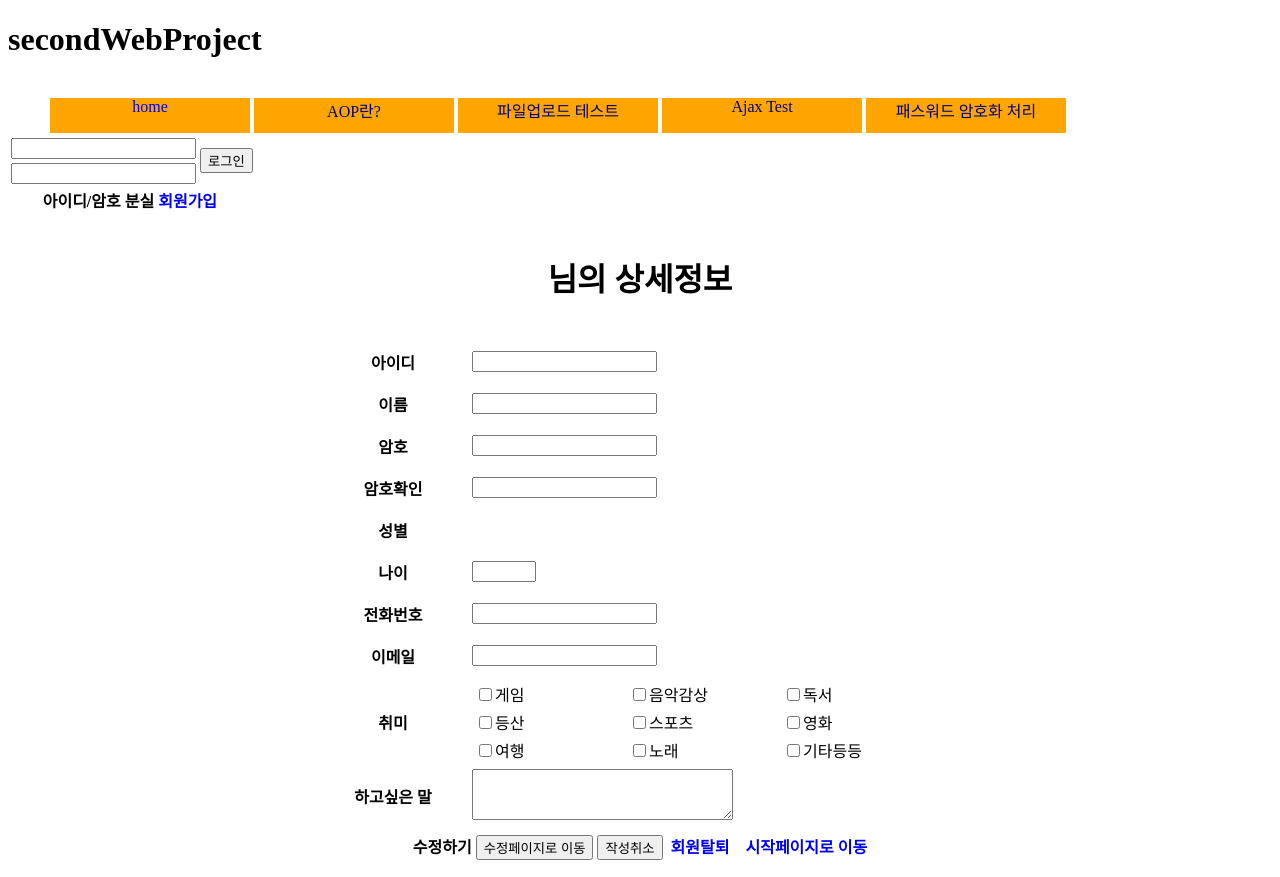
Repository: jeongdoc/KH.S-Class
Page: http://localhost/first/WEB-INF/views/member/memberDetailView.jsp
An editor plug-in stored every save of this project. The page is shown before and after the next save, followed by the edit.
The browser window is 1280 px wide. The pictures show the whole page.
The page is served by Tomcat 9. Nobody is signed in. Other server files are loaded and not shown. The template is opened directly, without the code that normally fills it, so the values that code supplies are empty.

Above is the page before, as saved 2019-04-18 11:20:52.

### framework_space/first/src/main/webapp/WEB-INF/views/member/memberDetailView.jsp
<%@ page language="java" contentType="text/html; charset=UTF-8" pageEncoding="UTF-8" errorPage="../common/error.jsp"%>
<%@ taglib prefix='c' uri='http://java.sun.com/jsp/jstl/core' %>
<%
	/* Member loginUser = (Member)session.getAttribute("loginUser");
	Member member = (Member)request.getAttribute("member"); */
	//취미 checked처리
	/* String []hobbies = member.getHobby().split(",");
	String []checked = new String[9];
	for(String s : hobbies) {
		switch(s) {
		case "game" : checked[0] = "checked"; break;
		case "music" : checked[1] = "checked"; break;
		case "reading" : checked[2] = "checked"; break;
		case "climb" : checked[3] = "checked"; break;
		case "sport" : checked[4] = "checked"; break;
		case "movie" : checked[5] = "checked"; break;
		case "travle" : checked[6] = "checked"; break;
		case "sing" : checked[7] = "checked"; break;
		case "aso" : checked[8] = "checked"; break;

		}
	} */
%>
<!DOCTYPE html>
<html>
<head>
<meta charset="UTF-8">
<title>Insert title here</title>
<script type="text/javascript" src="../../resources/js/jquery-3.3.1.min.js"></script>
<script type="text/javascript">
$(function() {
	//암호 확인입력상자의 focus가 사라졌을 때
	$('#userpwd2').blur(function() {
		console.log('포커스사라짐');
		var pwd1=$('#userpwd1').val();
		var pwd2=$('#userpwd2').val();

		if(pwd1!=pwd2) {
			alert('암호가 일치하지 않습니다.\n'+'다시 입력하세요');
			$('#userpwd1').select();
		}
	});
});
function moveUpdatePage() {
	location.href='mupview.do?userid=${ member.userid }';
}
</script>
</head>
<body>
<h1>secondWebProject</h1>
<%-- <c:if test='${ not empty sessionScope.loginUser and sessionScope.loginUser eq "admin" }'>
	<%@ include file="../common/adminHeader.jsp" %>
</c:if>
<c:if test='${ empty sessionScope.loginUser or sessionScope.loginUser ne "admin" }'>
	<%@ include file="../common/header.jsp" %>
</c:if> --%>
<c:if test='${ not empty sessionScope.loginMember and sessionScope.loginMember.userid eq "admin" }'>
	<c:import url='../common/header.jsp'/>
</c:if>
<c:if test='${ empty sessionScope.loginMember or sessionScope.loginMember.userid ne "admin" }'>
	<c:import url='../common/header.jsp'/>
</c:if>
<br>
<h1 align="center">${ member.username }님의 상세정보</h1>
<br>
<form action="myinfo.do" method="post">
<table width="650" align="center">
	<tr height="40">
		<th width="150">아이디</th>
		<td><input type="text" name="userid" id="userid" readonly value="${ member.userid }"/>
		&nbsp; </td>
	</tr>
	<tr height="40">
		<th width="150">이름</th>
		<td><input type="text" name="username" readonly value="${ member.username }"/></td>
	</tr>
	<tr height="40">
		<th width="150">암호</th>
		<td><input type="password" name="userpwd" id="userpwd1" value="${ member.userpwd }"/></td>
	</tr>
	<tr height="40">
		<th width="150">암호확인</th>
		<td><input type="password" id="userpwd2" value="${ member.userpwd }"/></td>
	</tr>
	<tr height="40">
		<th width="150">성별</th>
		<td>
		<c:if test='${ requestScope.member.gender eq "M" }'>
			<input type="radio" name="gender" value="M" checked/>남자 &nbsp;
			<input type="radio" name='gender' value='F'/>여자
		</c:if>
		<c:if test='${ requestScope.member.gender eq "F" }'>
			<input type="radio" name="gender" value="M"/>남자 &nbsp;
			<input type="radio" name='gender' value='F' checked/>여자
		</c:if>
		</td>
	</tr>
	<tr height="40">
		<th width="150">나이</th>
		<td><input type="number" name='age' min='19' max='100' value="${ member.age }"/></td>
	</tr>
	<tr height="40">
		<th width="150">전화번호</th>
		<td><input type='tel' name='phone' value="${ member.phone }"/></td>
	</tr>
	<tr height="40">
		<th width="150">이메일</th>
		<td><input type='email' name='email' value="${ member.email }"/></td>
	</tr>
	<tr height="40">
		<th width="150">취미</th>
		<td>
		<c:forTokens items='${ member.hobby }' delims=',' var='hd'>
			<c:if test='${ hd eq "game" }'>
				<c:set var='checked0' value='checked'/>
			</c:if>
			<c:if test='${ hd eq "music" }'>
				<c:set var='checked1' value='checked'/>
			</c:if>
			<c:if test='${ hd eq "reading" }'>
				<c:set var='checked2' value='checked'/>
			</c:if>
			<c:if test='${ hd eq "climb" }'>
				<c:set var='checked3' value='checked'/>
			</c:if>
			<c:if test='${ hd eq "sport" }'>
				<c:set var='checked4' value='checked'/>
			</c:if>
			<c:if test='${ hd eq "movie" }'>
				<c:set var='checked5' value='checked'/>
			</c:if>
			<c:if test='${ hd eq "travle" }'>
				<c:set var='checked6' value='checked'/>
			</c:if>
			<c:if test='${ hd eq "sing" }'>
				<c:set var='checked7' value='checked'/>
			</c:if>
			<c:if test='${ hd eq "aso" }'>
				<c:set var='checked8' value='checked'/>
			</c:if>
		</c:forTokens>
		<table>
			<tr>
				<td width='150'><input type='checkbox' name='hobby' value='game' ${ checked0 }/>게임</td>
				<td width='150'><input type='checkbox' name='hobby' value='music' ${ checked1 }/>음악감상</td>
				<td width='150'><input type='checkbox' name='hobby' value='reading' ${ checked2 }/>독서</td>
			</tr>
			<tr>
				<td width='150'><input type='checkbox' name='hobby' value='climb' ${ checked3 }/>등산</td>
				<td width='150'><input type='checkbox' name='hobby' value='sport' ${ checked4 }/>스포츠</td>
				<td width='150'><input type='checkbox' name='hobby' value='movie' ${ checked5 }/>영화</td>
			</tr>
			<tr>
				<td width='150'><input type='checkbox' name='hobby' value='travle' ${ checked6 }/>여행</td>
				<td width='150'><input type='checkbox' name='hobby' value='sing' ${ checked7 }/>노래</td>
				<td width='150'><input type='checkbox' name='hobby' value='aso' ${ checked8 }/>기타등등</td>
			</tr>
		</table>
		</td>
	</tr>
	<tr height="40">
		<th width="150">하고싶은 말</th>
		<td><textarea name='etc' rows='3' cols='30'>${ member.etc }</textarea></td>
	</tr>
	<c:url var='mdel' value='mdel.do'>
		<c:param name='userid' value='${ member.userid }'/>
	</c:url>
	<c:url var='main' value='/index.jsp'></c:url>
	<tr height="40">
		<th colspan="2">수정하기
		<!-- <input type="submit" value="수정하기"/>&nbsp; -->
		<button onclick='moveUpdatePage();'>수정페이지로 이동</button>
		<input type="reset" value="작성취소"/>&nbsp;
		<a href="${ mdel }">회원탈퇴</a>
		&nbsp;&nbsp;
		<a href="${ main }">시작페이지로 이동</a>
		</th>
	</tr>
	</table>
</form>

</body>
</html>

### framework_space/first/src/main/webapp/WEB-INF/views/common/header.jsp
<%@ page language="java" contentType="text/html; charset=UTF-8"
    pageEncoding="UTF-8" %>
<%@ taglib uri='http://java.sun.com/jsp/jstl/core' prefix='c' %>
<!DOCTYPE html>
<html>
<head>
<meta charset="UTF-8">
<title>first</title>
<style type="text/css">
	nav {
		float: left
	}
	nav ul li {
		float: left;
		display: block;
		width: 200px;
		height: 35px;
		background: orange;
		color: navy;
		margin: 2px;
		text-align: center;
	}
	a {
		text-decoration: none;
	}
	#afterLogin {

	}
</style>
</head>
<body>
<header>
	<nav>
		<ul>
		<li><a href='main.do'>home</a></li>
		<li><a>AOP란?</a></li>
		<li><a>파일업로드 테스트</a></li>
		<li><a>Ajax Test</a></li>
		<li><a>패스워드 암호화 처리</a></li>
		</ul>
	</nav>
	<c:if test='${ empty loginMember }'>
	<form action='login.do' method='post'>
	<!-- input tag의 name속성에 이름은 반드시 vo 클래스의 필드명과 똑같이 작성해야함,
		 즉 db table의 column이름과 똑같게 지으면 된다는 의미. -->
		<table id='loginfrm'>
			<tr>
				<th><input type='text' name='userid'/></th>
				<th rowspan='2'><input type='submit' value='로그인'/></th>
			</tr>
			<tr>
				<th><input type='password' name='userpwd'/></th><th></th>
			</tr>
			<tr>
				<th colspan='2'>아이디/암호 분실 <A href='enroll.do'>회원가입</A>&nbsp;</th>
			</tr>
		</table>
	</form>
	</c:if>
	<c:if test='${ not empty loginMember }'>
		<table id='afterLogin'>
			<tr>
				<th>${ loginMember.username } 님</th>
				<th><a href='logout.do'>로그아웃</a></th>
			</tr>
			<c:url var='mi' value='myinfo.do'>
			<!-- name속성의 이름 == db table의 column이름 -->
				<c:param name='userid' value='${ loginMember.userid }'/>
			</c:url>
			<tr>
				<th><a href='${ mi }'>내 정보보기</a></th>
				<th><a href='bwrite.do'>게시글쓰기</a></th>
			</tr>
			<tr>
			<th>
				<a href=''>메일확인</a></th><th><a href=''>쪽지확인</a></th>
			</tr>
		</table>
	</c:if>
</header>
</body>
</html>

Loaded but not shown: framework_space/first/src/main/webapp/resources/js/jquery-3.3.1.min.js (library)

After the next save:
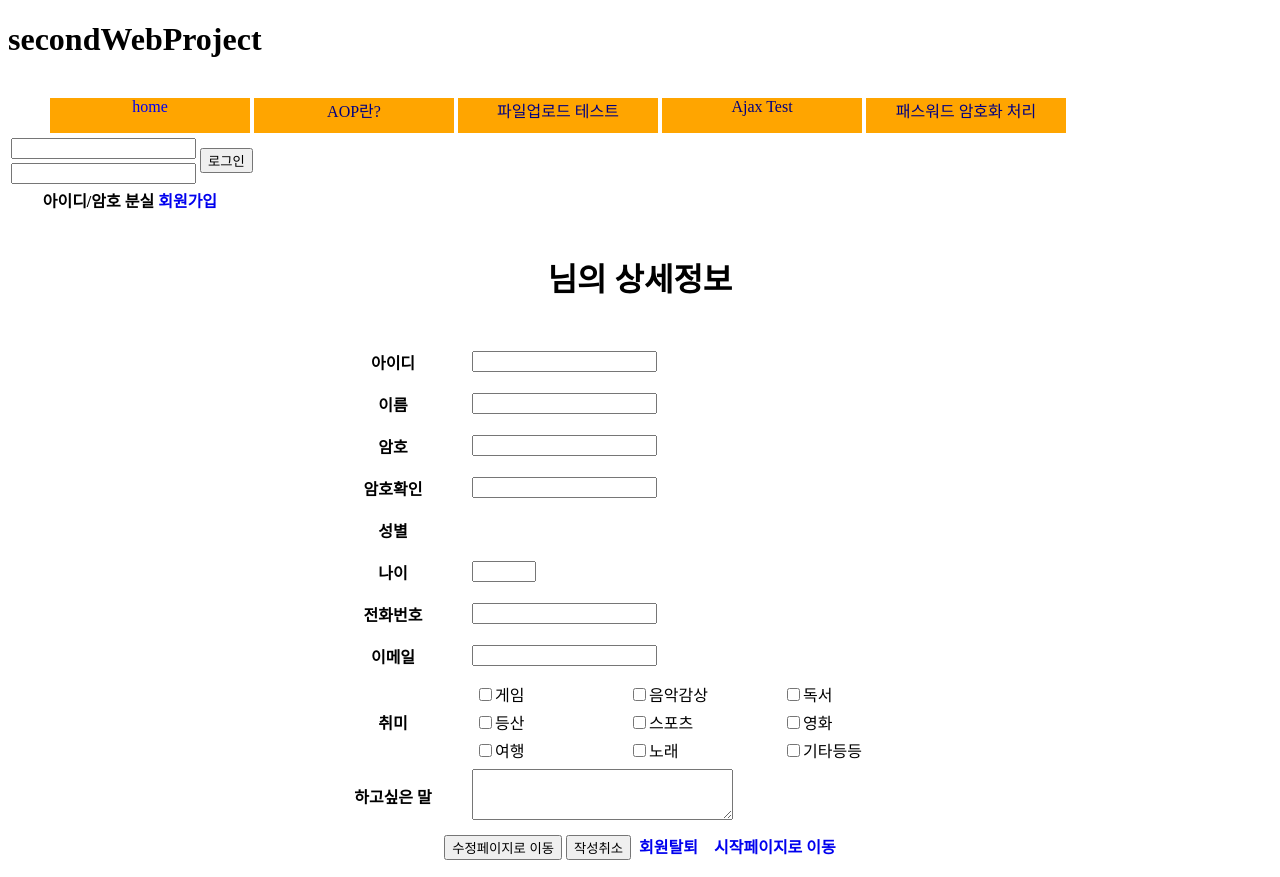
Saved 96 s later.
--- a/framework_space/first/src/main/webapp/WEB-INF/views/member/memberDetailView.jsp
+++ b/framework_space/first/src/main/webapp/WEB-INF/views/member/memberDetailView.jsp
@@ -167,7 +167,7 @@ function moveUpdatePage() {
 	</c:url>
 	<c:url var='main' value='/index.jsp'></c:url>
 	<tr height="40">
-		<th colspan="2">수정하기
+		<th colspan="2">
 		<!-- <input type="submit" value="수정하기"/>&nbsp; -->
 		<button onclick='moveUpdatePage();'>수정페이지로 이동</button>
 		<input type="reset" value="작성취소"/>&nbsp;
